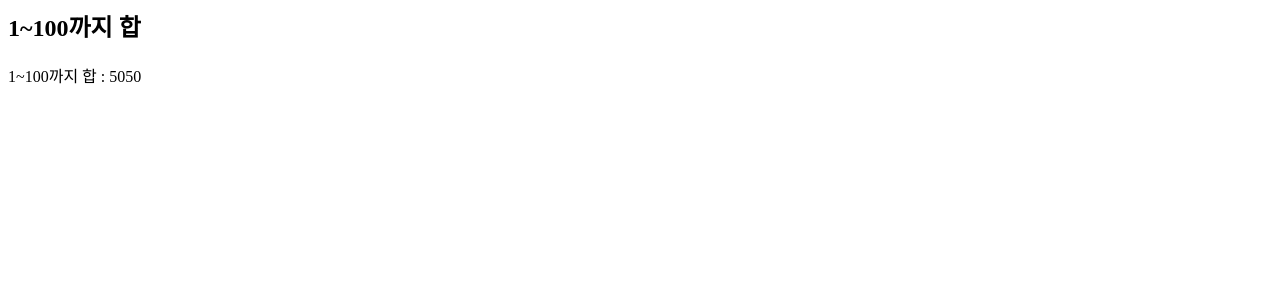
Repository: LTaeHoon/javajsp_ncs
Page: http://localhost/chap01_Jsp_Servlet/ServletTest02
An editor plug-in stored every save of this project. The page is shown before and after the next save, followed by the edit.
The browser window is 1280 px wide. The pictures show the whole page.
The page is served by Tomcat 9. Other server files are loaded and not shown.

Above is the page before, as saved 2017-01-11 02:07:30.

### chap01_Jsp_Servlet/src/ServletTest02.java


import java.io.IOException;
import java.io.PrintWriter;

import javax.servlet.ServletException;
import javax.servlet.annotation.WebServlet;
import javax.servlet.http.HttpServlet;
import javax.servlet.http.HttpServletRequest;
import javax.servlet.http.HttpServletResponse;

/**
 * Servlet implementation class ServletTest02
 */
@WebServlet("/ServletTest02")
public class ServletTest02 extends HttpServlet {
	private static final long serialVersionUID = 1L;

    /**
     * @see HttpServlet#HttpServlet()
     */
    public ServletTest02() {
        super();
        // TODO Auto-generated constructor stub
    }

	/**
	 * @see HttpServlet#doGet(HttpServletRequest request, HttpServletResponse response)
	 */
	protected void doGet(HttpServletRequest request, HttpServletResponse response) throws ServletException, IOException {
		// TODO Auto-generated method stub
		//response.getWriter().append("Served at: ").append(request.getContextPath());

		// 1~100까지 합 구하기
		int sum =0;
		for(int i=1;i<=100;i++){
			sum +=i;
		}
		//문자셋 인코딩 방식을 지정
		response.setContentType("text/html;charset=UTF-8");
		//브라우져 출력
		PrintWriter out = response.getWriter();
		out.println("<h2>1~100까지 합 </h2>");
		out.printf("1~100까지 합 : %d",sum);
		out.println("<br>");

	}

	/**
	 * @see HttpServlet#doPost(HttpServletRequest request, HttpServletResponse response)
	 */
	protected void doPost(HttpServletRequest request, HttpServletResponse response) throws ServletException, IOException {
		// TODO Auto-generated method stub
		doGet(request, response);
	}

}

After the next save:
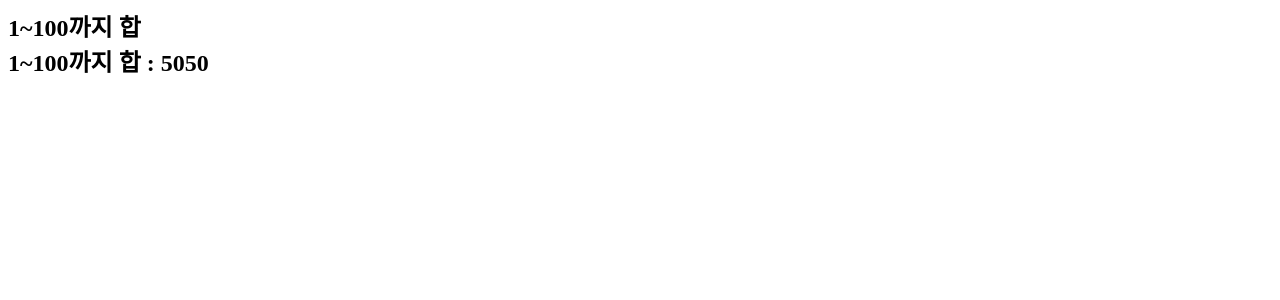
Saved 2 min 54 s later.
--- a/chap01_Jsp_Servlet/src/ServletTest02.java
+++ b/chap01_Jsp_Servlet/src/ServletTest02.java
@@ -40,9 +40,9 @@ public class ServletTest02 extends HttpServlet {
 		response.setContentType("text/html;charset=UTF-8");
 		//브라우져 출력
 		PrintWriter out = response.getWriter();
-		out.println("<h2>1~100까지 합 </h2>");
+		out.println("<h2>1~100까지 합 <br>");
 		out.printf("1~100까지 합 : %d",sum);
-		out.println("<br>");
+		out.println("</h2>");
 
 	}
 
